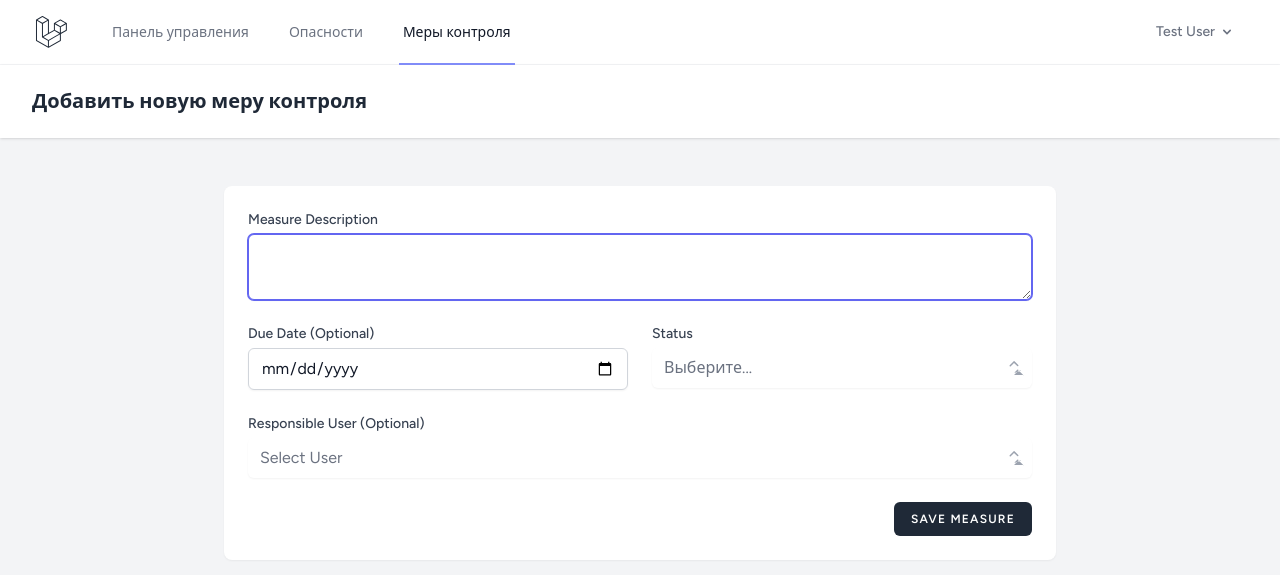
Repository: viking240285/opr_wdist
Page: http://localhost/measures/create
These files come from the project's save history. The page is drawn as it stood at one moment and after the next save; the edit follows.
The browser window is 1280 px wide. The pictures show the whole page.
The page is served by the project's Laravel application, run on PHP 8.4 with Laravel 12. A made-up administrator, Test User (test@example.com), is signed in. Other server files are loaded and not shown. Style sheets and scripts are compiled from the project's sources, by tool versions that may differ from the author's. Queries for data that is not in the repository find no rows.

Above is the page before, as saved 2025-04-08 23:49:19.

### app/Providers/AppServiceProvider.php
<?php

namespace App\Providers;

use Illuminate\Support\ServiceProvider;
use Illuminate\Support\Facades\Auth;

// Импорты Моделей
use App\Models\Organization;
use App\Models\Department;
use App\Models\Workplace;
use App\Models\Hazard;
use App\Models\Measure;
use App\Models\RiskAssessment;
use App\Models\User;
use App\Models\Position;
use App\Models\RiskMap;

// Импорты Политик
use App\Policies\OrganizationPolicy;
use App\Policies\DepartmentPolicy;
use App\Policies\WorkplacePolicy;
use App\Policies\HazardPolicy;
use App\Policies\MeasurePolicy;
use App\Policies\RiskAssessmentPolicy;
use App\Policies\UserPolicy;
use App\Policies\PositionPolicy;
use App\Policies\RiskMapPolicy;

class AppServiceProvider extends ServiceProvider
{
    /**
     * Register any application services.
     */
    public function register(): void
    {
        //
    }

    /**
     * Bootstrap any application services.
     */
    public function boot(): void
    {
        // Регистрация политик - УДАЛЕНО
        // Laravel 11/12 автоматически обнаруживает политики,
        // если они находятся в app/Policies и следуют конвенции именования.
        /*
        Auth::policy(Organization::class, OrganizationPolicy::class);
        Auth::policy(Department::class, DepartmentPolicy::class);
        Auth::policy(Workplace::class, WorkplacePolicy::class);
        Auth::policy(Hazard::class, HazardPolicy::class);
        Auth::policy(Measure::class, MeasurePolicy::class);
        Auth::policy(RiskAssessment::class, RiskAssessmentPolicy::class);
        Auth::policy(User::class, UserPolicy::class);
        Auth::policy(Position::class, PositionPolicy::class);
        Auth::policy(RiskMap::class, RiskMapPolicy::class);
        */
    }
}

### routes/web.php
<?php

use App\Http\Controllers\ProfileController;
use App\Http\Controllers\OrganizationController;
use App\Http\Controllers\DepartmentController;
use App\Http\Controllers\PositionController;
use App\Http\Controllers\WorkplaceController;
use App\Http\Controllers\HazardController;
use App\Http\Controllers\RiskMapController;
use App\Http\Controllers\RiskAssessmentController;
use App\Http\Controllers\MeasureController;
use App\Http\Controllers\SettingsController;
use Illuminate\Support\Facades\Route;

Route::get('/', function () {
    return view('welcome');
});

Route::get('/dashboard', function () {
    return view('dashboard');
})->middleware(['auth', 'verified'])->name('dashboard');

Route::middleware('auth')->group(function () {
    Route::get('/profile', [ProfileController::class, 'edit'])->name('profile.edit');
    Route::patch('/profile', [ProfileController::class, 'update'])->name('profile.update');
    Route::delete('/profile', [ProfileController::class, 'destroy'])->name('profile.destroy');

    // Resource route for Organizations
    Route::resource('organizations', OrganizationController::class);

    // Nested resource route for Departments within Organizations
    Route::resource('organizations.departments', DepartmentController::class)->scoped([
        'department' => 'id', // Optional: Customize scoping if needed
    ])->shallow(); // Makes routes like /departments/{department}/edit simpler

    // Nested resource route for Positions within Departments
    Route::resource('departments.positions', PositionController::class)->shallow();

    // Resource route for Workplaces (nested under Organizations for context)
    Route::resource('organizations.workplaces', WorkplaceController::class)->shallow();

    // Resource route for Hazards (global reference)
    Route::resource('hazards', HazardController::class);

    // Nested resource route for Risk Maps within Workplaces
    Route::resource('workplaces.risk-maps', RiskMapController::class)->shallow();

    // Nested resource route for Risk Assessments within Risk Maps
    Route::resource('risk-maps.assessments', RiskAssessmentController::class)->shallow()->except(['index']); // Index is handled by RiskMapController@show

    // Resource route for Measures (global reference)
    Route::resource('measures', MeasureController::class);

    // Settings Routes (Admin only)
    Route::middleware('admin')->prefix('settings')->name('settings.')->group(function () {
        Route::get('risk', [SettingsController::class, 'editRiskSettings'])->name('risk.edit');
        Route::patch('risk', [SettingsController::class, 'updateRiskSettings'])->name('risk.update');
        // Add other settings pages here (e.g., general, appearance)
    });
});
require __DIR__ . '/auth.php';

### app/Models/User.php
<?php

namespace App\Models;

// use Illuminate\Contracts\Auth\MustVerifyEmail;
use Illuminate\Database\Eloquent\Factories\HasFactory;
use Illuminate\Foundation\Auth\User as Authenticatable;
use Illuminate\Notifications\Notifiable;
use Illuminate\Database\Eloquent\Relations\BelongsTo;

class User extends Authenticatable
{
    /** @use HasFactory<\Database\Factories\UserFactory> */
    use HasFactory, Notifiable;

    /**
     * The attributes that are mass assignable.
     *
     * @var array<int, string>
     */
    protected $fillable = [
        'name',
        'email',
        'password',
        'organization_id',
        'department_id',
        'position_id',
        'role',
    ];

    /**
     * The attributes that should be hidden for serialization.
     *
     * @var list<string>
     */
    protected $hidden = [
        'password',
        'remember_token',
    ];

    /**
     * Get the attributes that should be cast.
     *
     * @return array<string, string>
     */
    protected function casts(): array
    {
        return [
            'email_verified_at' => 'datetime',
            'password' => 'hashed',
        ];
    }

    public function organization(): BelongsTo
    {
        return $this->belongsTo(Organization::class);
    }

    public function department(): BelongsTo
    {
        return $this->belongsTo(Department::class);
    }

    public function position(): BelongsTo
    {
        return $this->belongsTo(Position::class);
    }

    // -- Методы для проверки ролей --

    public function isAdmin(): bool
    {
        return $this->role === 'admin';
    }

    public function isManager(): bool
    {
        return $this->role === 'manager';
    }

    public function isDepartmentHead(): bool
    {
        return $this->role === 'department_head';
    }

    public function isSafetySpecialist(): bool
    {
        return $this->role === 'safety_specialist';
    }

    public function isEmployee(): bool
    {
        return $this->role === 'employee';
    }
}

### app/Http/Controllers/MeasureController.php
<?php

namespace App\Http\Controllers;

use App\Models\Measure;
use App\Models\User;
use Illuminate\Http\Request;
use Illuminate\Http\RedirectResponse;
use Illuminate\View\View;

class MeasureController extends Controller
{
    // Helper to get users for select dropdown
    private function getUsersForSelect()
    {
        // TODO: Возможно, стоит ограничить выбор пользователей текущей организацией,
        // если справочник мер станет привязан к организации.
        // Пока возвращаем всех.
        // Убираем ->toArray(), чтобы вернуть коллекцию объектов User
        return User::orderBy('name')->select('id', 'name')->get();
    }

    /**
     * Display a listing of the resource.
     */
    public function index(Request $request): View
    {
        $this->authorize('viewAny', Measure::class);

        $query = Measure::query()->with('responsibleUser');

        if ($request->has('search')) {
            $searchTerm = $request->input('search');
            $query->where(function ($q) use ($searchTerm) {
                $q->where('description', 'like', "%{$searchTerm}%")
                    ->orWhere('status', 'like', "%{$searchTerm}%")
                    ->orWhereHas('responsibleUser', function ($userQuery) use ($searchTerm) {
                        $userQuery->where('name', 'like', "%{$searchTerm}%");
                    });
            });
        }
        $measures = $query->latest()->paginate(20)->withQueryString();

        return view('measures.index', compact('measures'));
    }

    /**
     * Show the form for creating a new resource.
     */
    public function create(): View
    {
        $this->authorize('create', Measure::class);
        $users = $this->getUsersForSelect();
        return view('measures.create', compact('users'));
    }

    /**
     * Store a newly created resource in storage.
     */
    public function store(Request $request): RedirectResponse
    {
        $this->authorize('create', Measure::class);

        $validated = $request->validate([
            'description' => 'required|string',
            'status' => 'required|string|in:planned,in_progress,completed',
            'due_date' => 'nullable|date|after_or_equal:today',
            'responsible_user_id' => 'nullable|integer|exists:users,id',
        ]);

        Measure::create($validated);

        return redirect()->route('measures.index')
            ->with('success', 'Мера контроля успешно создана.'); // Перевод
    }

    /**
     * Display the specified resource.
     */
    public function show(Measure $measure): View
    {
        $this->authorize('view', $measure);
        return view('measures.show', compact('measure'));
    }

    /**
     * Show the form for editing the specified resource.
     */
    public function edit(Measure $measure): View
    {
        $this->authorize('update', $measure);
        $users = $this->getUsersForSelect();
        return view('measures.edit', compact('measure', 'users'));
    }

    /**
     * Update the specified resource in storage.
     */
    public function update(Request $request, Measure $measure): RedirectResponse
    {
        $this->authorize('update', $measure);

        $validated = $request->validate([
            'description' => 'required|string',
            'status' => 'required|string|in:planned,in_progress,completed',
            'due_date' => 'nullable|date|after_or_equal:today',
            'responsible_user_id' => 'nullable|integer|exists:users,id',
        ]);

        $measure->update($validated);

        return redirect()->route('measures.index')
            ->with('success', 'Мера контроля успешно обновлена.'); // Перевод
    }

    /**
     * Remove the specified resource from storage.
     */
    public function destroy(Measure $measure): RedirectResponse
    {
        $this->authorize('delete', $measure);

        // TODO: Check if the measure is linked to any assessments?
        // Note: The pivot table `assessment_measure` has cascadeOnDelete

        $measure->delete();

        return redirect()->route('measures.index')
            ->with('success', 'Мера контроля успешно удалена.'); // Перевод
    }
}

### app/Models/Measure.php
<?php

namespace App\Models;

use Illuminate\Database\Eloquent\Model;
use Illuminate\Database\Eloquent\Relations\BelongsTo;
use Illuminate\Database\Eloquent\Relations\BelongsToMany;
use Illuminate\Database\Eloquent\Factories\HasFactory;

class Measure extends Model
{
    use HasFactory;

    protected $fillable = [
        'description',
        'due_date',
        'responsible_user_id',
        'status',
    ];

    protected $casts = [
        'due_date' => 'date',
    ];

    public function responsibleUser(): BelongsTo
    {
        return $this->belongsTo(User::class, 'responsible_user_id');
    }

    // Measures associated with RiskAssessments (existing or planned)
    public function riskAssessments(): BelongsToMany
    {
        return $this->belongsToMany(RiskAssessment::class, 'assessment_measure')
            ->withPivot('measure_type') // Include the type (existing/planned)
            ->withTimestamps(); // If pivot table has timestamps
    }
}

### app/Policies/MeasurePolicy.php
<?php

namespace App\Policies;

use App\Models\Measure;
use App\Models\User;
use Illuminate\Auth\Access\HandlesAuthorization;

class MeasurePolicy
{
    use HandlesAuthorization;

    /**
     * Выполнить предварительные проверки авторизации.
     */
    public function before(User $user, $ability)
    {
        if ($user->isAdmin()) {
            return true;
        }
    }

    /**
     * Определяет, может ли пользователь просматривать список мер контроля.
     */
    public function viewAny(User $user): bool
    {
        // Все аутентифицированные пользователи могут просматривать справочник
        return true;
    }

    /**
     * Определяет, может ли пользователь просматривать конкретную меру контроля.
     */
    public function view(User $user, Measure $measure): bool
    {
        // Все аутентифицированные пользователи могут просматривать
        return true;
    }

    /**
     * Определяет, может ли пользователь создавать меры контроля.
     */
    public function create(User $user): bool
    {
        // Администратор (before)
        // Менеджер и Специалист ОТ могут создавать
        return $user->isManager() || $user->isSafetySpecialist();
    }

    /**
     * Определяет, может ли пользователь обновлять меру контроля.
     */
    public function update(User $user, Measure $measure): bool
    {
        // Администратор (before)
        // Менеджер и Специалист ОТ могут обновлять
        return $user->isManager() || $user->isSafetySpecialist();
    }

    /**
     * Определяет, может ли пользователь удалять меру контроля.
     */
    public function delete(User $user, Measure $measure): bool
    {
        // Администратор (before)
        // Менеджер и Специалист ОТ могут удалять
        return $user->isManager() || $user->isSafetySpecialist();
    }

    /**
     * Определяет, может ли пользователь восстанавливать удаленную меру контроля.
     */
    public function restore(User $user, Measure $measure): bool
    {
        // Только администратор (обработано в before)
        return false;
    }

    /**
     * Определяет, может ли пользователь навсегда удалять меру контроля.
     */
    public function forceDelete(User $user, Measure $measure): bool
    {
        // Только администратор (обработано в before)
        return false;
    }
}

### resources/views/measures/create.blade.php
<x-app-layout>
    <x-slot name="header">
        <h2 class="font-semibold text-xl text-gray-800 dark:text-gray-200 leading-tight">
            {{ isset($measure) ? __('Редактировать меру контроля') : __('Добавить новую меру контроля') }}
        </h2>
    </x-slot>

    <div class="py-12">
        <div class="max-w-4xl mx-auto sm:px-6 lg:px-8">
            <div class="bg-white dark:bg-gray-800 overflow-hidden shadow-sm sm:rounded-lg">
                <div class="p-6 text-gray-900 dark:text-gray-100">
                    <form method="POST" action="{{ isset($measure) ? route('measures.update', $measure) : route('measures.store') }}">
                        @csrf
                        @if(isset($measure))
                            @method('PUT')
                        @endif
                        @include('measures._form', ['users' => $users, 'measure' => $measure ?? null])
                    </form>
                </div>
            </div>
        </div>
    </div>
</x-app-layout>

### resources/views/measures/_form.blade.php
@csrf

<div class="grid grid-cols-1 md:grid-cols-2 gap-6">
    <div class="md:col-span-2">
        <x-input-label for="description" :value="__('Measure Description')" />
        <textarea id="description" name="description" class="mt-1 block w-full border-gray-300 dark:border-gray-700 dark:bg-gray-900 dark:text-gray-300 focus:border-indigo-500 dark:focus:border-indigo-600 focus:ring-indigo-500 dark:focus:ring-indigo-600 rounded-md shadow-sm" required autofocus>{{ old('description', $measure->description ?? '') }}</textarea>
        <x-input-error :messages="$errors->get('description')" class="mt-2" />
    </div>

    <div>
        <x-input-label for="due_date" :value="__('Due Date (Optional)')" />
        <x-text-input id="due_date" class="block mt-1 w-full" type="date" name="due_date" :value="old('due_date', isset($measure) ? $measure->due_date?->format('Y-m-d') : null)" />
        <x-input-error :messages="$errors->get('due_date')" class="mt-2" />
    </div>

    <div>
        <x-input-label for="status" :value="__('Status')" />
        @php
            $statusOptions = [
                ['value' => 'planned', 'label' => __('Planned')],
                ['value' => 'in_progress', 'label' => __('In Progress')],
                ['value' => 'completed', 'label' => __('Completed')],
            ];
        @endphp
        <x-select
            id="status"
            name="status"
            class="mt-1 block w-full"
            :options="$statusOptions"
            :selectedValue="old('status', $measure->status ?? 'planned')"
            required
        />
        <x-input-error :messages="$errors->get('status')" class="mt-2" />
    </div>

    <div class="md:col-span-2">
        <x-input-label for="responsible_user_id" :value="__('Responsible User (Optional)')" />
        <x-select
            id="responsible_user_id"
            name="responsible_user_id"
            class="mt-1 block w-full"
            :options="$users"
            :selectedValue="old('responsible_user_id', $measure->responsible_user_id ?? null)"
            :searchable="true"
            :placeholder="__('Select User')"
            valueField="id"
            labelField="name"
        />
        <x-input-error :messages="$errors->get('responsible_user_id')" class="mt-2" />
    </div>
</div>

<div class="flex items-center justify-end mt-6">
    <x-primary-button class="ms-4">
        {{ isset($measure) ? __('Update Measure') : __('Save Measure') }}
    </x-primary-button>
</div>

### app/Models/Organization.php
<?php

namespace App\Models;

use Illuminate\Database\Eloquent\Model;
use Illuminate\Database\Eloquent\Relations\HasMany;
use Illuminate\Database\Eloquent\Factories\HasFactory;
use Illuminate\Database\Eloquent\Relations\HasManyThrough;

class Organization extends Model
{
    use HasFactory;

    protected $fillable = [
        'name',
        'inn',
        'kpp',
        'logo',
        'address',
    ];

    public function users(): HasMany
    {
        return $this->hasMany(User::class);
    }

    public function departments(): HasMany
    {
        return $this->hasMany(Department::class);
    }

    // Workplaces belonging to this organization (potentially through departments/positions)
    // This provides a direct way to get all workplaces for an organization
    public function workplaces(): HasManyThrough
    {
        // Direct relationship if workplaces table had organization_id
        // return $this->hasMany(Workplace::class);

        // Indirect relationship through departments
        return $this->hasManyThrough(Workplace::class, Department::class);
    }
}

Loaded but not shown: routes/auth.php (common file); app/Http/Controllers/Auth/EmailVerificationPromptController.php (common file); app/Http/Controllers/Controller.php (common file); app/Http/Controllers/Auth/VerifyEmailController.php (common file); app/View/Components/AppLayout.php (common file); resources/views/components/input-label.blade.php (common file); resources/views/components/input-error.blade.php (common file); resources/views/components/text-input.blade.php (common file); resources/views/components/primary-button.blade.php (common file); resources/views/layouts/app.blade.php (common file); resources/views/components/application-logo.blade.php (common file); resources/views/components/nav-link.blade.php (common file); resources/views/components/dropdown-link.blade.php (common file); resources/views/components/dropdown.blade.php (common file); resources/views/components/responsive-nav-link.blade.php (common file); resources/css/app.css (common file); tailwind.config.js (common file); resources/js/app.js (common file); resources/js/bootstrap.js (common file); resources/views/components/select.blade.php (381 lines, source omitted); resources/views/layouts/navigation.blade.php (130 lines, source omitted)

After the next save:
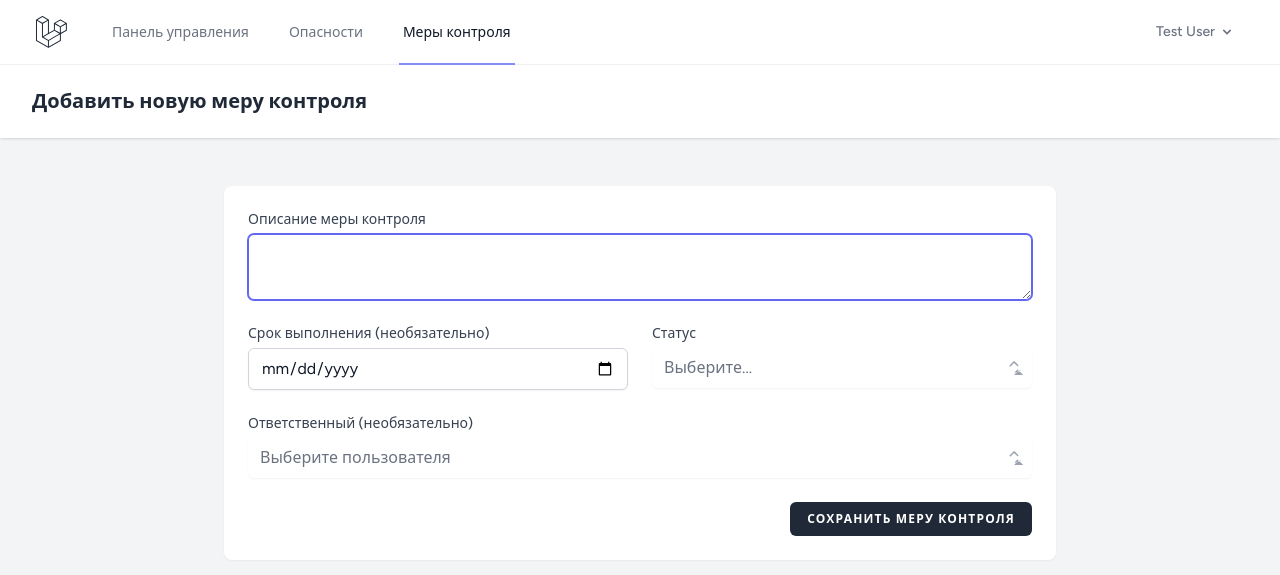
Saved 51 s later.
--- a/resources/views/measures/_form.blade.php
+++ b/resources/views/measures/_form.blade.php
@@ -2,24 +2,24 @@
 
 <div class="grid grid-cols-1 md:grid-cols-2 gap-6">
     <div class="md:col-span-2">
-        <x-input-label for="description" :value="__('Measure Description')" />
+        <x-input-label for="description" :value="__('Описание меры контроля')" />
         <textarea id="description" name="description" class="mt-1 block w-full border-gray-300 dark:border-gray-700 dark:bg-gray-900 dark:text-gray-300 focus:border-indigo-500 dark:focus:border-indigo-600 focus:ring-indigo-500 dark:focus:ring-indigo-600 rounded-md shadow-sm" required autofocus>{{ old('description', $measure->description ?? '') }}</textarea>
         <x-input-error :messages="$errors->get('description')" class="mt-2" />
     </div>
 
     <div>
-        <x-input-label for="due_date" :value="__('Due Date (Optional)')" />
+        <x-input-label for="due_date" :value="__('Срок выполнения (необязательно)')" />
         <x-text-input id="due_date" class="block mt-1 w-full" type="date" name="due_date" :value="old('due_date', isset($measure) ? $measure->due_date?->format('Y-m-d') : null)" />
         <x-input-error :messages="$errors->get('due_date')" class="mt-2" />
     </div>
 
     <div>
-        <x-input-label for="status" :value="__('Status')" />
+        <x-input-label for="status" :value="__('Статус')" />
         @php
             $statusOptions = [
-                ['value' => 'planned', 'label' => __('Planned')],
-                ['value' => 'in_progress', 'label' => __('In Progress')],
-                ['value' => 'completed', 'label' => __('Completed')],
+                ['value' => 'planned', 'label' => __('Запланировано')],
+                ['value' => 'in_progress', 'label' => __('В процессе')],
+                ['value' => 'completed', 'label' => __('Завершено')],
             ];
         @endphp
         <x-select
@@ -34,7 +34,7 @@
     </div>
 
     <div class="md:col-span-2">
-        <x-input-label for="responsible_user_id" :value="__('Responsible User (Optional)')" />
+        <x-input-label for="responsible_user_id" :value="__('Ответственный (необязательно)')" />
         <x-select
             id="responsible_user_id"
             name="responsible_user_id"
@@ -42,7 +42,7 @@
             :options="$users"
             :selectedValue="old('responsible_user_id', $measure->responsible_user_id ?? null)"
             :searchable="true"
-            :placeholder="__('Select User')"
+            :placeholder="__('Выберите пользователя')"
             valueField="id"
             labelField="name"
         />
@@ -52,6 +52,6 @@
 
 <div class="flex items-center justify-end mt-6">
     <x-primary-button class="ms-4">
-        {{ isset($measure) ? __('Update Measure') : __('Save Measure') }}
+        {{ isset($measure) ? __('Обновить меру контроля') : __('Сохранить меру контроля') }}
     </x-primary-button>
 </div>
